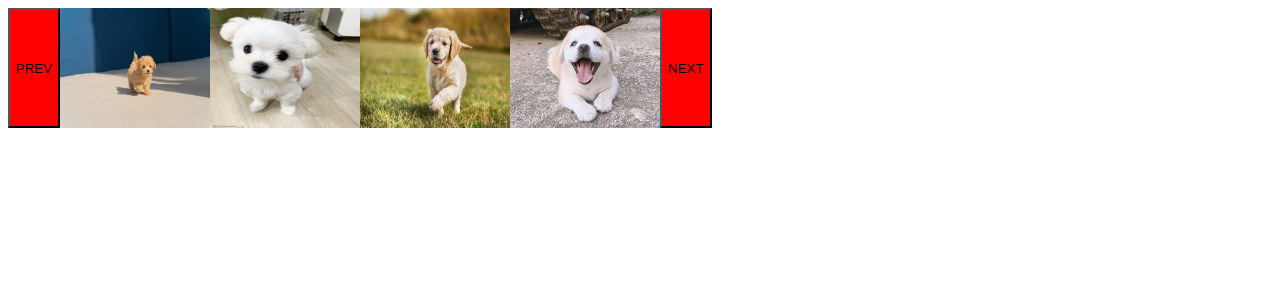
Repository: chopilyeon/JavaWeb
Page: LectureWeb/src/main/webapp/jquery/exam06.html
An editor plug-in stored every save of this project. The page is shown before and after the next save, followed by the edit.
The browser window is 1280 px wide. The pictures show the whole page.

Above is the page before, as saved 2022-05-31 01:31:42.

After the next save:
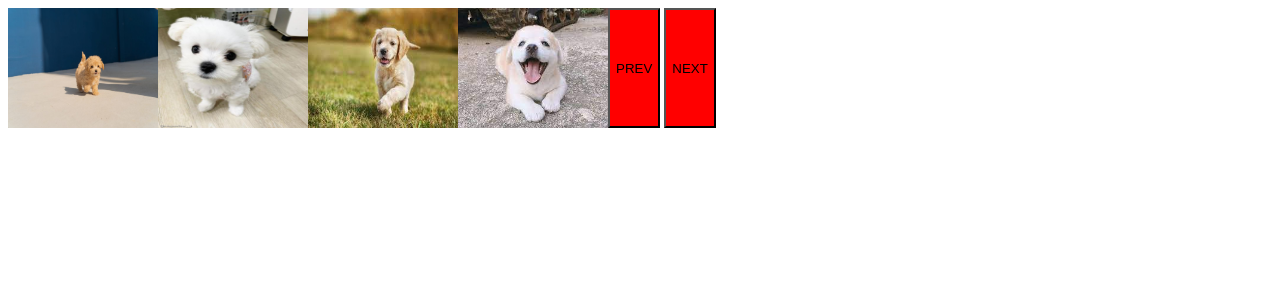
Saved 10 s later.
--- a/LectureWeb/src/main/webapp/jquery/exam06.html
+++ b/LectureWeb/src/main/webapp/jquery/exam06.html
@@ -13,7 +13,7 @@
 
 	button{
 		height:120px;
-		float:left;
+		/* float:left; */
 		background-color:red;
 	}
 

After the save that followed:
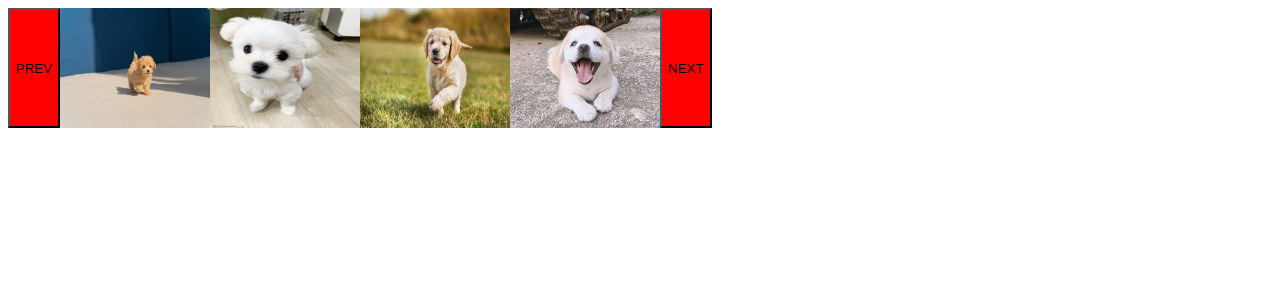
Saved 21 s later.
--- a/LectureWeb/src/main/webapp/jquery/exam06.html
+++ b/LectureWeb/src/main/webapp/jquery/exam06.html
@@ -13,7 +13,7 @@
 
 	button{
 		height:120px;
-		/* float:left; */
+		float:left;
 		background-color:red;
 	}
 
